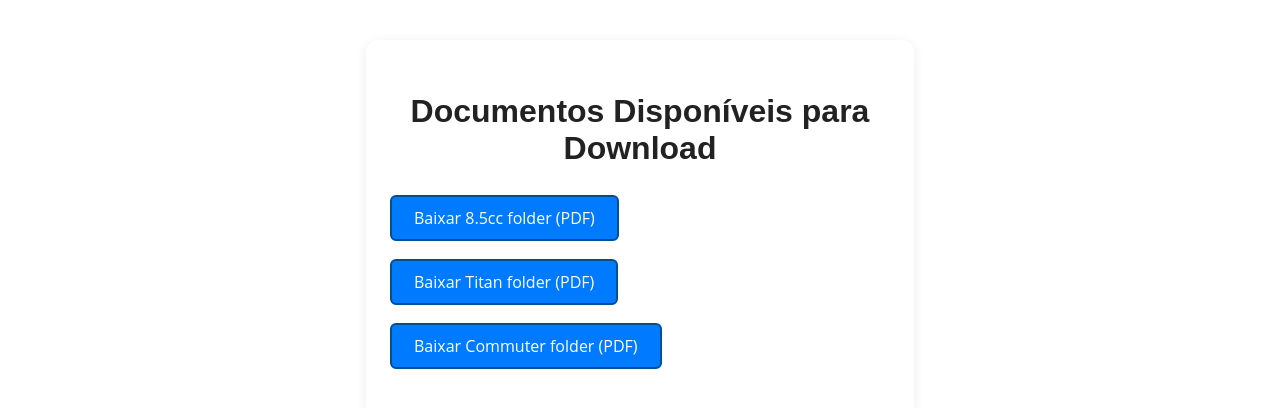
Repository: JamesOliveira1/Project-MastroWebSite
Page: assets/contents/documents.html
The author's editor kept a copy of each file at every save. The page is drawn from the files as they stood at one save, then again after the next save.
The browser window is 1280 px wide. The pictures show the whole page.

Above is the page before, as saved 2025-06-30 13:17:39.

After the next save:
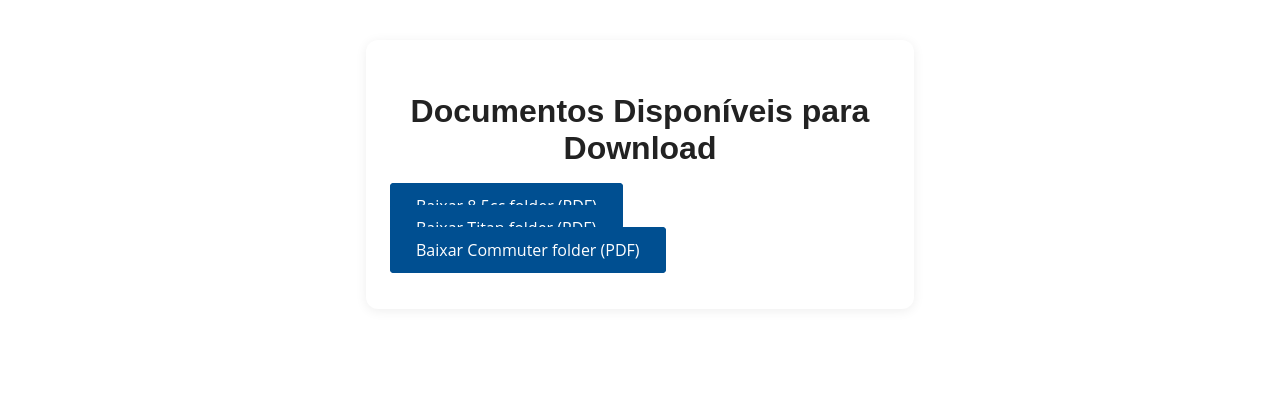
Saved 35 s later.
--- a/assets/contents/documents.html
+++ b/assets/contents/documents.html
@@ -23,22 +23,6 @@
             list-style: none;
             padding: 0;
         }
-        .documents-list li {
-            margin-bottom: 18px;
-        }
-        .documents-list a {
-            display: inline-block;
-            padding: 10px 22px;
-            background: #007bff;
-            color: #fff;
-            border-radius: 6px;
-            text-decoration: none;
-            font-weight: 500;
-            transition: background 0.2s;
-        }
-        .documents-list a:hover {
-            background: #0056b3;
-        }
     </style>
 </head>
 <body>
